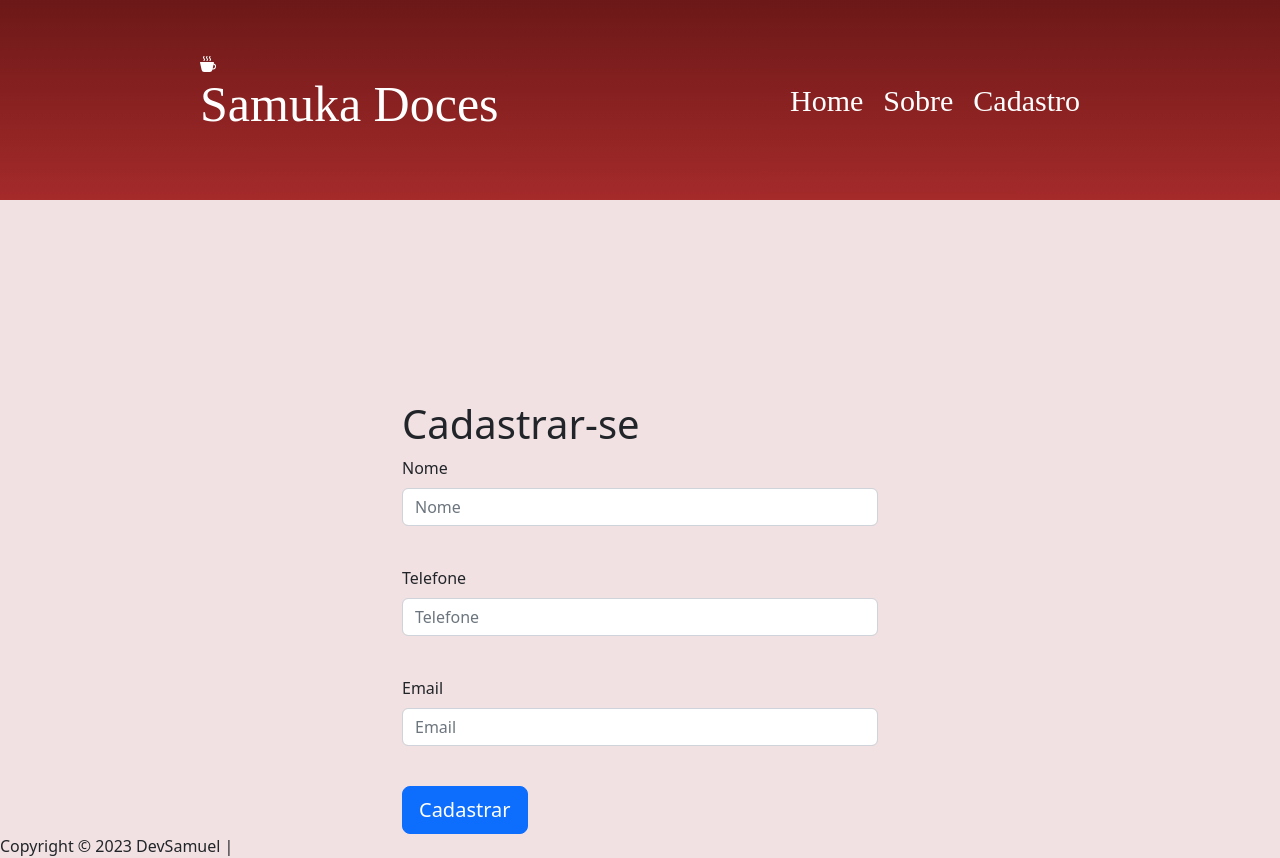
Repository: devsamuel23/github.io-doces_GIT
Page: /Cadastro
An editor plug-in stored every save of this project. The page is shown before and after a run of saves, followed by the edit.
The browser window is 1280 px wide. The pictures show the whole page.
The project was rebuilt for these pictures with package versions that can differ from the ones it lists, and the page was loaded fresh each time. Also part of the build but not shown: src/index.css, src/services/api.js, src/pages/Home/styles.css, src/pages/Home/index.js, src/pages/Sobre/index.js, src/pages/Erro/style.css, src/pages/Erro/index.js, src/pages/Produto/index.js and 3 more.

Above is the page before, as saved 2023-04-14 20:55:06.

### public/index.html
<!DOCTYPE html>
<html lang="pt-br">
  <head>
    <meta charset="utf-8" />
    <link rel="icon" href="http://gg.gg/doceee" />
    <meta name="viewport" content="width=device-width, initial-scale=1" />


    <title>Samuka Doces</title>
  </head>
  <body>
    <noscript>You need to enable JavaScript to run this app.</noscript>
    <div id="root"></div>
  </body>
</html>

### src/index.js
import React from 'react';
import ReactDOM from 'react-dom/client';
import './index.css';
import App from './App';

const root = ReactDOM.createRoot(document.getElementById('root'));
root.render(

    <App />

);

### src/App.js
import RoutesApp from "./routes";


function App() {
  return (
          <RoutesApp />

  );
}

export default App;

### src/routes.js
import { BrowserRouter, Routes, Route } from "react-router-dom";

import Home from "./pages/Home";
import Sobre from "./pages/Sobre";
import Cadastro from "./pages/Cadastro";
import Erro from "./pages/Erro";
import Produto from "./pages/Produto";
import Vitrine from "./pages/Vitrine";
import Detalhes from "./pages/Detalhes";

import Header from "./components/Header";
import Footer from "./components/Footer";

function RoutesApp() {
  return (
    <BrowserRouter>
      <Header />

      <Routes>
        <Route>
          {/* <Route path="/" element={<Home />} /> */}
          <Route path="/Sobre" element={<Sobre />} />
          <Route path="/" element={<Vitrine />} />
          <Route path="/Cadastro" element={<Cadastro />} />
          <Route path="/Produto/:id" element={<Produto />} />
          <Route path="/Detalhes" element={<Detalhes />} />

          <Route path="*" element={<Erro />} />
        </Route>
      </Routes>
      <Footer/>
    </BrowserRouter>
  );
}

export default RoutesApp;

### src/pages/Cadastro/index.js
import axios from "axios";
import React from "react";
import { useState } from "react";
import"./style.css";
import Form from 'react-bootstrap/Form';
import Button from 'react-bootstrap/Button';



function Contato() {
  const [nome, setNome] = useState("");
  const [email, setEmail] = useState("");
  const [telefone, setTelefone] = useState("");

  function handleRegister(e) {
    e.preventDefault();
    const data = {
      nome,
      email,
      telefone,
    };

    axios
      .post("https://63069afec0d0f2b8011f9944.mockapi.io/cadastro", data)
      .then((response) => {
        console.log(response.data);

        alert("Você foi cadastrado!");
      });
    }

    return (

      <div className="container">
        <h1 className="cadastro">Cadastrar-se</h1>
    <Form onSubmit={handleRegister}>
      <Form.Group className="mb-3" controlId="formBasicEmail">
        <Form.Label>Nome</Form.Label>
        <Form.Control type="string" placeholder="Nome"  value={nome}
          onChange={(e) => setNome(e.target.value)} />
      </Form.Group>
      <br></br>

      <Form.Group className="mb-3" controlId="formBasicEmail">
        <Form.Label>Telefone</Form.Label>
        <Form.Control type="string" placeholder="Telefone" value={telefone}
          onChange={(e) => setTelefone(e.target.value)} />
      </Form.Group>
      <br></br>
      <Form.Group className="mb-3" controlId="formBasicEmail">
        <Form.Label>Email</Form.Label>
        <Form.Control type="string" placeholder="Email" value={email}
          onChange={(e) => setEmail(e.target.value)} />
      </Form.Group>

      <br></br>

      <Button type="submit"  className="btn btn-primary btn-lg">
        Cadastrar
      </Button>
    </Form>
    </div>
  );
}

export default Contato;

### src/components/Header/index.js
import { Link } from "react-router-dom";
import "./style.css";
import "bootstrap/dist/css/bootstrap.min.css";

function Header() {
  return (
    <header>
        <div className="logo">
      <svg
        xmlns="http://www.w3.org/2000/svg"
        width="16"
        height="16"
        fill="currentColor"
        className="bi bi-cup-hot-fill"
        viewBox="0 0 16 16"
      >
        <path
          fillRule="evenodd"
          d="M.5 6a.5.5 0 0 0-.488.608l1.652 7.434A2.5 2.5 0 0 0 4.104 16h5.792a2.5 2.5 0 0 0 2.44-1.958l.131-.59a3 3 0 0 0 1.3-5.854l.221-.99A.5.5 0 0 0 13.5 6H.5ZM13 12.5a2.01 2.01 0 0 1-.316-.025l.867-3.898A2.001 2.001 0 0 1 13 12.5Z"
        />
        <path d="m4.4.8-.003.004-.014.019a4.167 4.167 0 0 0-.204.31 2.327 2.327 0 0 0-.141.267c-.026.06-.034.092-.037.103v.004a.593.593 0 0 0 .091.248c.075.133.178.272.308.445l.01.012c.118.158.26.347.37.543.112.2.22.455.22.745 0 .188-.065.368-.119.494a3.31 3.31 0 0 1-.202.388 5.444 5.444 0 0 1-.253.382l-.018.025-.005.008-.002.002A.5.5 0 0 1 3.6 4.2l.003-.004.014-.019a4.149 4.149 0 0 0 .204-.31 2.06 2.06 0 0 0 .141-.267c.026-.06.034-.092.037-.103a.593.593 0 0 0-.09-.252A4.334 4.334 0 0 0 3.6 2.8l-.01-.012a5.099 5.099 0 0 1-.37-.543A1.53 1.53 0 0 1 3 1.5c0-.188.065-.368.119-.494.059-.138.134-.274.202-.388a5.446 5.446 0 0 1 .253-.382l.025-.035A.5.5 0 0 1 4.4.8Zm3 0-.003.004-.014.019a4.167 4.167 0 0 0-.204.31 2.327 2.327 0 0 0-.141.267c-.026.06-.034.092-.037.103v.004a.593.593 0 0 0 .091.248c.075.133.178.272.308.445l.01.012c.118.158.26.347.37.543.112.2.22.455.22.745 0 .188-.065.368-.119.494a3.31 3.31 0 0 1-.202.388 5.444 5.444 0 0 1-.253.382l-.018.025-.005.008-.002.002A.5.5 0 0 1 6.6 4.2l.003-.004.014-.019a4.149 4.149 0 0 0 .204-.31 2.06 2.06 0 0 0 .141-.267c.026-.06.034-.092.037-.103a.593.593 0 0 0-.09-.252A4.334 4.334 0 0 0 6.6 2.8l-.01-.012a5.099 5.099 0 0 1-.37-.543A1.53 1.53 0 0 1 6 1.5c0-.188.065-.368.119-.494.059-.138.134-.274.202-.388a5.446 5.446 0 0 1 .253-.382l.025-.035A.5.5 0 0 1 7.4.8Zm3 0-.003.004-.014.019a4.077 4.077 0 0 0-.204.31 2.337 2.337 0 0 0-.141.267c-.026.06-.034.092-.037.103v.004a.593.593 0 0 0 .091.248c.075.133.178.272.308.445l.01.012c.118.158.26.347.37.543.112.2.22.455.22.745 0 .188-.065.368-.119.494a3.198 3.198 0 0 1-.202.388 5.385 5.385 0 0 1-.252.382l-.019.025-.005.008-.002.002A.5.5 0 0 1 9.6 4.2l.003-.004.014-.019a4.149 4.149 0 0 0 .204-.31 2.06 2.06 0 0 0 .141-.267c.026-.06.034-.092.037-.103a.593.593 0 0 0-.09-.252A4.334 4.334 0 0 0 9.6 2.8l-.01-.012a5.099 5.099 0 0 1-.37-.543A1.53 1.53 0 0 1 9 1.5c0-.188.065-.368.119-.494.059-.138.134-.274.202-.388a5.446 5.446 0 0 1 .253-.382l.025-.035A.5.5 0 0 1 10.4.8Z" />
      </svg>
      <h2 className="Slogan">Samuka Doces</h2>
      </div>

      <div className="menu">
        <Link to="/">Home</Link>
        <Link to="/Sobre">Sobre</Link>
        {/* <Link to="/Vitrine">Vitrine</Link> */}
        <Link to="/Cadastro">Cadastro</Link>

      </div>
    </header>
  );
}

export default Header;

### src/components/Footer/index.js
import "./style.css"
import "bootstrap/dist/css/bootstrap.min.css";

function Footer() {
  return (
    <div>
        Copyright © 2023 DevSamuel |
    </div>
  )
}

export default Footer;

### src/pages/Cadastro/style.css
.container{
    margin-top: 200px;
    max-width: 500px;
}

### src/pages/Vitrine/style.css
body {
    background-color: #f2e1e2;
}

.vit {
    padding: 50px 200px;
}

.vit h1 {
    text-align: center;
    font-size: 70px;
    font-family: alex brush;
    text-shadow: rgb(175, 76, 76) 0.1em 0.1em 0.2em;
}

.container-vitrine {
    display: grid;
    grid-template-columns: repeat(4, 20%);
    grid-auto-rows: 300px;
    justify-content: center;
    margin-top: 60px;
}

.item-vitrine{
    display: block;
    overflow: hidden;
    width: 250px;
    height: 250px;
    border-width: 20px;
    border-style: solid;
    border-image: linear-gradient(0deg, #c05080, #bc827b) 1;
}

.item-vitrine img{
    width: 100%;
    height: 100%;
    object-fit: cover;
}
.img-sombra {
    box-shadow: 7px 7px 13px 10px rgba(20, 30, 40, 0.22);
}

.cards-vitrine{
    display: flex;
    flex-wrap: wrap;
}

.card {
    border-radius: 5px;
    box-shadow: 7px 7px 13px 0px rgb(170, 52, 52);
    padding: 30px;
    margin: 20px;
    width: 400px;
    transition: all 0.3s ease-out;
    justify-content: space-around;
}
.image{
    max-height: 250px;
    border-radius: 50%;
}
.card h2{
    font-weight: bold;
   text-align: center;
   padding: 30px 0;

}

.myButton {
	box-shadow: 3px 4px 0px 0px #899599;
	background:linear-gradient(to bottom, #ededed 5%, #bab1ba 100%);
	background-color:#ededed;
	border-radius:15px;
	border:1px solid #d6bcd6;
	display:inline-block;
	cursor:pointer;
	color:#3a8a9e;
	font-family:Arial;
	font-size:20px;
	padding:7px 25px;
	text-decoration:none;
	text-shadow:0px 1px 0px #e1e2ed;
}
.myButton:hover {
	background:linear-gradient(to bottom, #bab1ba 5%, #ededed 100%);
	background-color:#bab1ba;
}
.myButton:active {
	position:relative;
	top:1px;
}

### src/pages/Detalhes/style.css
.container {
    display:
    flex;
    grid-template-columns:
    repeat(4, auto);
    grid-template-rows:
    60px 60px 60px 60px;
    justify-content:

    stretch;
    flex-direction: column;
    }

    .loading{
        display: flex;
        justify-content: center;
        align-items: center;
        margin-top: 14px;
    }

### src/components/Header/style.css
* {
  margin: 0;
  padding: 0;
  box-sizing: border-box;
}

div .logo{
  width: 100%;
  height: 100px;
}
.Slogan{
    font-family: alex brush;
    font-size: 50px;
    width: auto;
    height: 100%;
    color: #FFF;
}
header{
  width: 100%;
  height: auto;
  background: rgb(165,42,42);
  background: linear-gradient(0deg, rgba(165,42,42,1) 0%, rgba(108,24,24,1) 100%);
  color: #FFF;

  display: flex;
  align-items: center;
  justify-content: space-between;
  padding: 50px 200px ;
}

header a{
  color: #FFF;
  font-size: 30px;
  font-family: alex brush;
  text-decoration: none;
}

header a + a{
  margin-left: 20px;
}

header a:hover{
  text-decoration: underline;
  color: #f2e1e2;
}

After the next 3 saves:
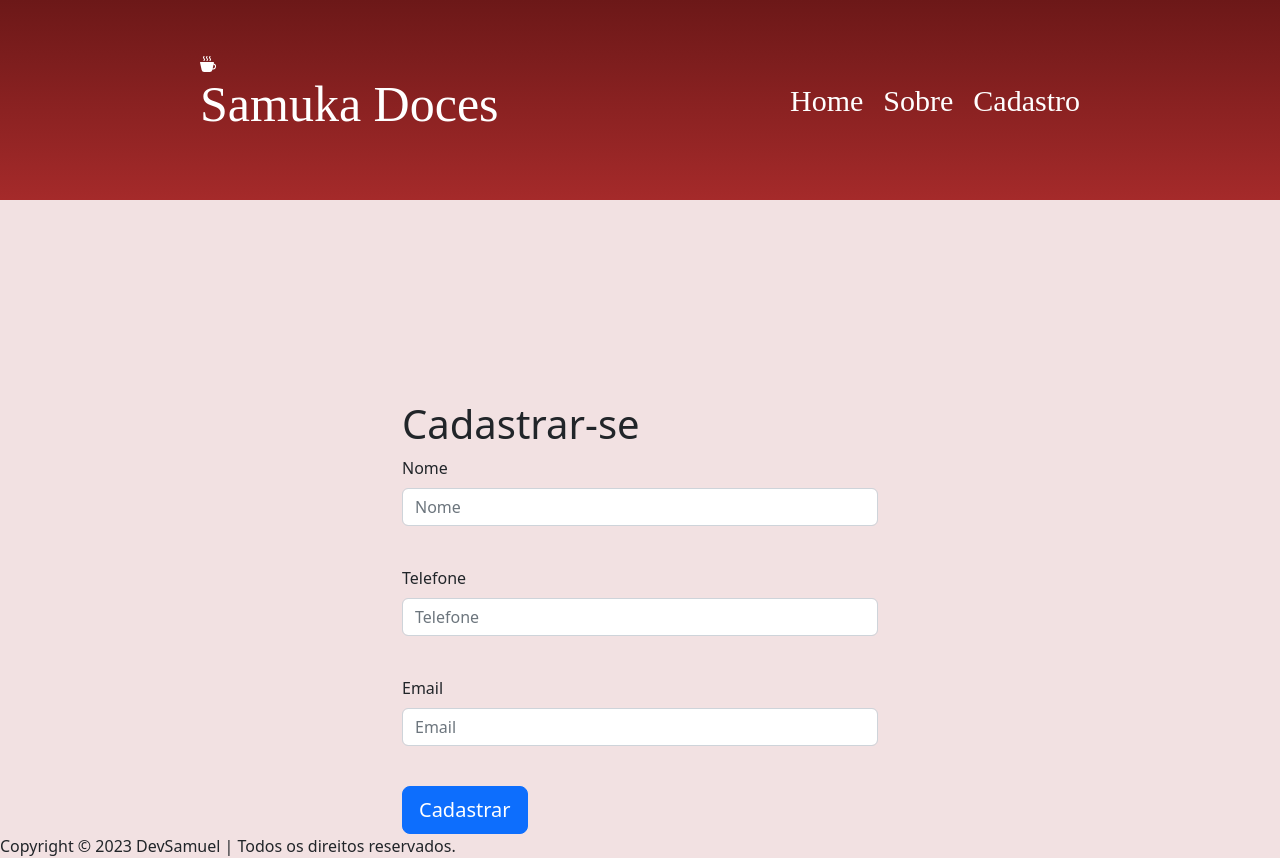
The 3 saves are shown as one change because they came seconds apart.
The last was saved 14 s later.
--- a/src/components/Footer/index.js
+++ b/src/components/Footer/index.js
@@ -4,7 +4,7 @@ import "bootstrap/dist/css/bootstrap.min.css";
 function Footer() {
   return (
     <div>
-        Copyright © 2023 DevSamuel |
+        Copyright © 2023 DevSamuel | Todos os direitos reservados.
     </div>
   )
 }
